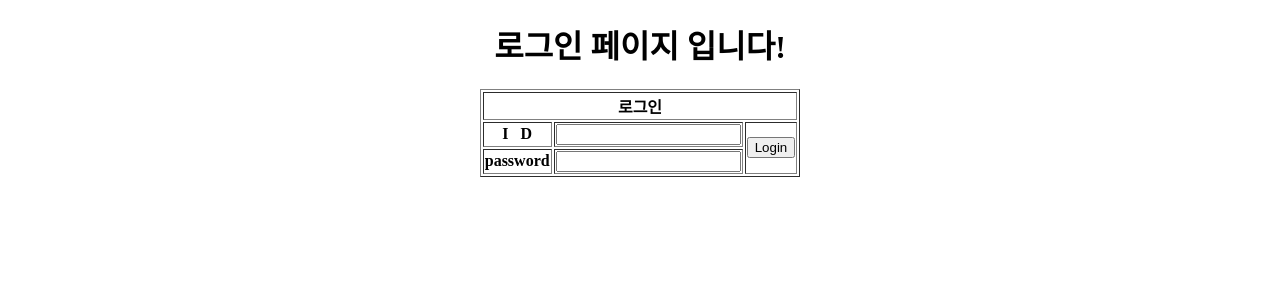
Repository: Park-In-Geun/Programming
Page: 웹프로그래밍 프로젝트/WebProject/WebContent/login.html
An editor plug-in stored every save of this project. The page is shown before and after the next save, followed by the edit.
The browser window is 1280 px wide. The pictures show the whole page.

Above is the page before, as saved 2018-06-13 16:18:01.

### 웹프로그래밍 프로젝트/WebProject/WebContent/login.html
<!DOCTYPE html>
<html>
<head>
<meta charset="EUC-KR">
<title>로그인 페이지</title>
</head>
<body>
<center>
<h1>로그인 페이지 입니다!</h1>
<form method=post action=login.jsp>
<table border=collapse>
<tr>
	<td colspan="3" align="center"><strong>로그인</strong></td>
</tr>
<tr>
	<td align="center"><strong>I&nbsp;&nbsp;&nbsp;D</strong>
	<td><input type=text name=id>
	<td rowspan="2"><input type=submit value=Login>
</tr>
<tr>
	<td align="center"><strong>password
	<td><input type=password name=password>
</tr>
</table>
</center>
</body>
</html>

After the next save:
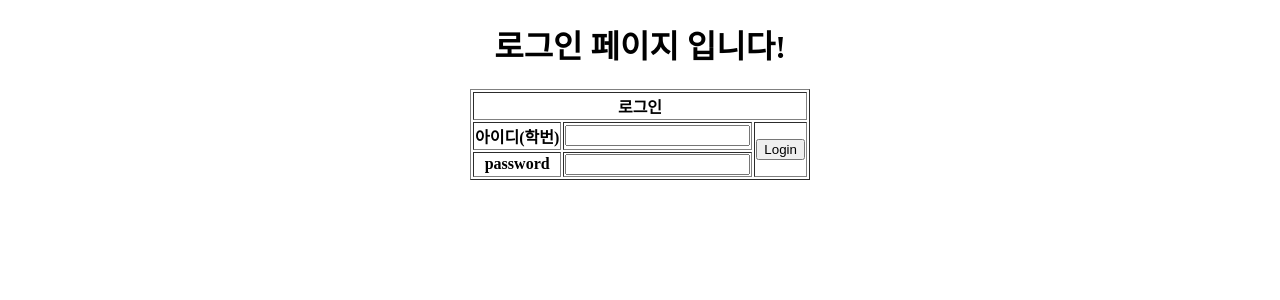
Saved 21 s later.
--- a/웹프로그래밍 프로젝트/WebProject/WebContent/login.html
+++ b/웹프로그래밍 프로젝트/WebProject/WebContent/login.html
@@ -13,7 +13,7 @@
 	<td colspan="3" align="center"><strong>로그인</strong></td>
 </tr>
 <tr>
-	<td align="center"><strong>I&nbsp;&nbsp;&nbsp;D</strong>
+	<td align="center"><strong>아이디(학번)</strong>
 	<td><input type=text name=id>
 	<td rowspan="2"><input type=submit value=Login>
 </tr>
